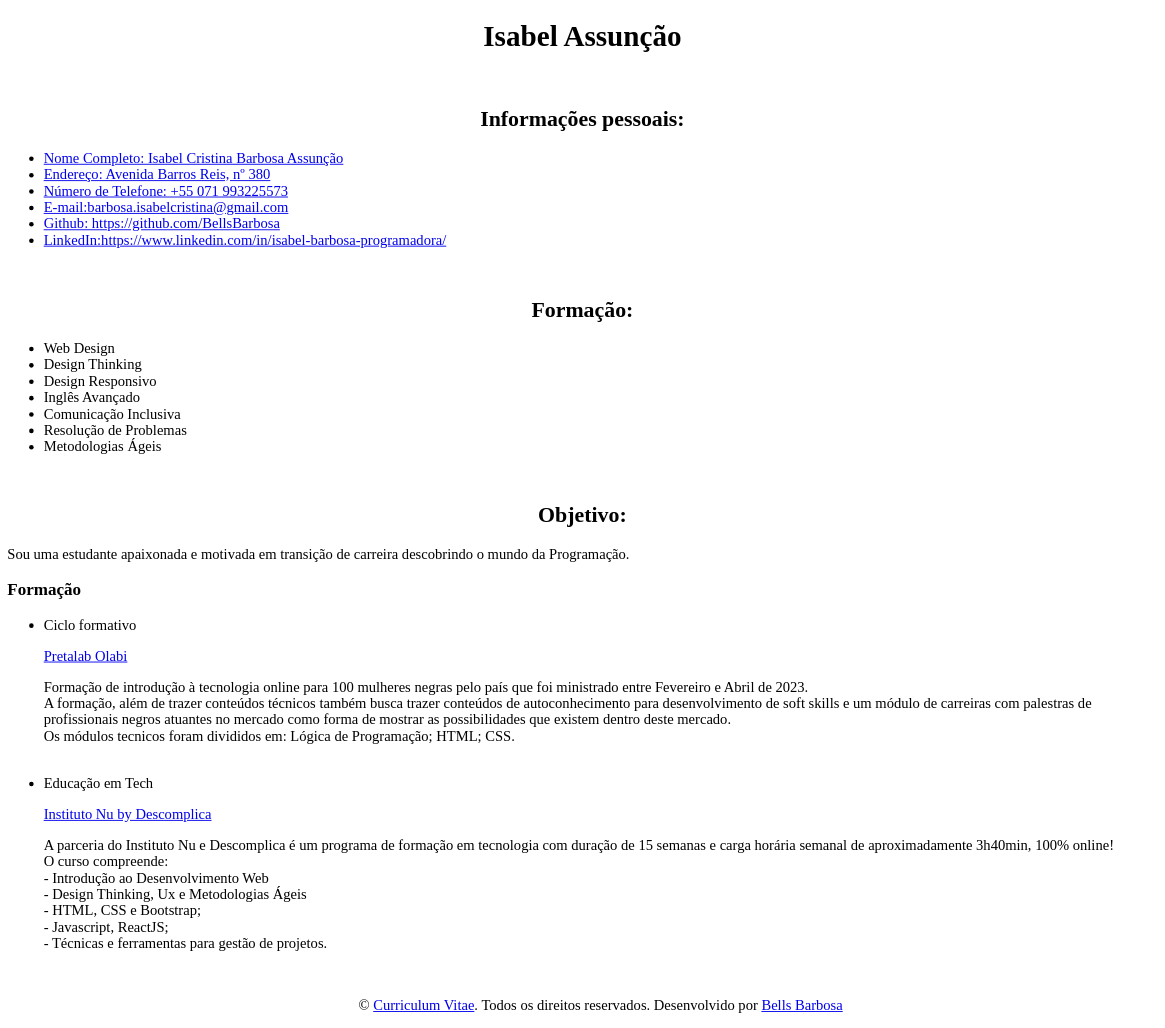
Repository: BellsBarbosa/EXERC-CIOS-ENT
Page: CV.HTML
An editor plug-in stored every save of this project. The page is shown before and after a run of saves, followed by the edit.
The browser window is 1280 px wide. The pictures show the whole page, at 91% of full size.

Above is the page before, as saved 2023-07-04 16:03:05.

After the next 2 saves:
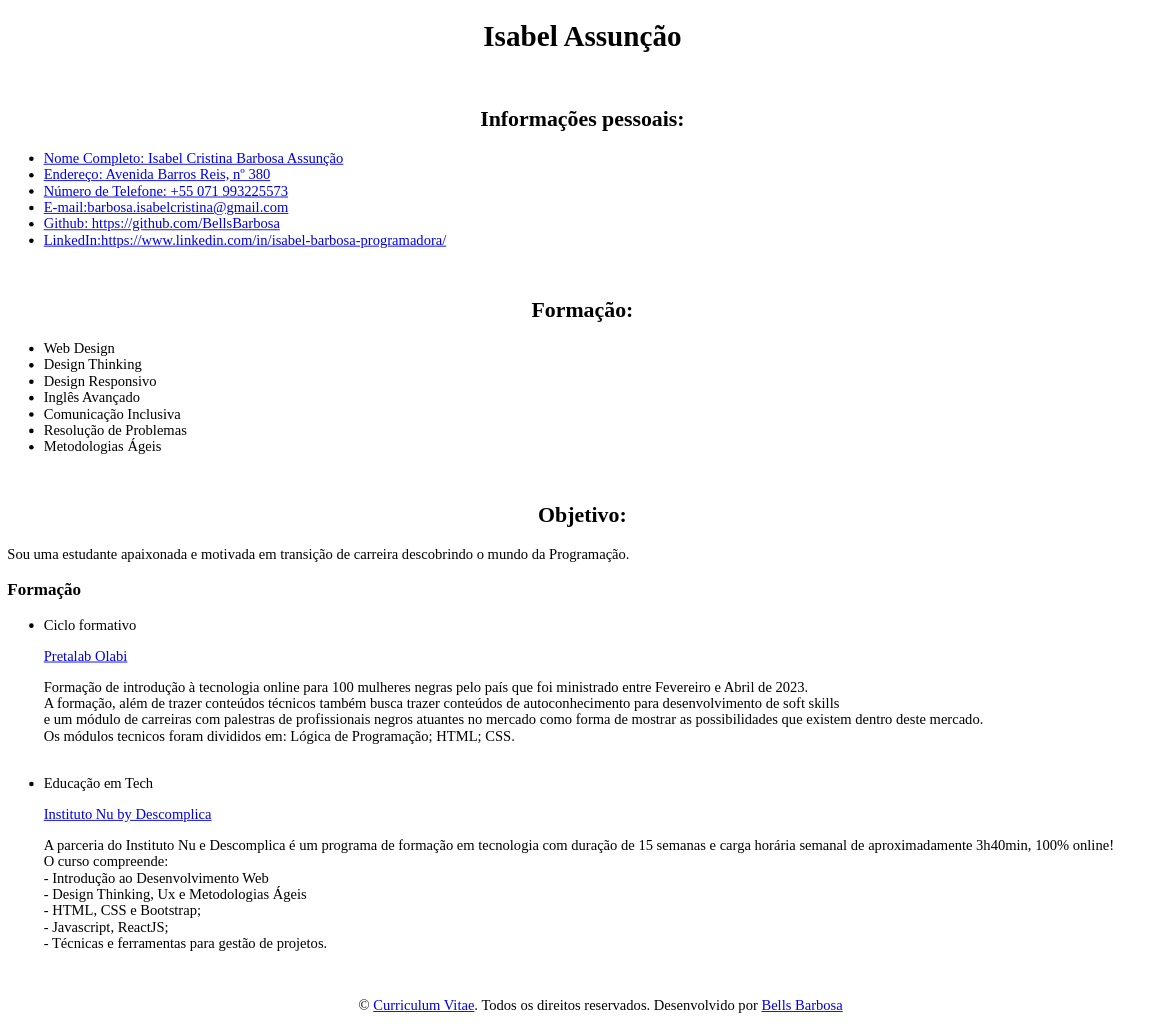
The 2 saves are shown as one change because they came seconds apart.
The last was saved 34 s later.
--- a/CV.HTML
+++ b/CV.HTML
@@ -69,7 +69,7 @@
                                     ministrado entre Fevereiro e Abril de 2023.</br> A formação, além de trazer
                                     conteúdos
                                     técnicos também busca trazer conteúdos de autoconhecimento para
-                                    desenvolvimento de soft skills e um módulo de carreiras com palestras de
+                                    desenvolvimento de soft skills <br> e um módulo de carreiras com palestras de
                                     profissionais
                                     negros atuantes no mercado como forma de mostrar as possibilidades que existem
                                     dentro

After the 4 saves that followed:
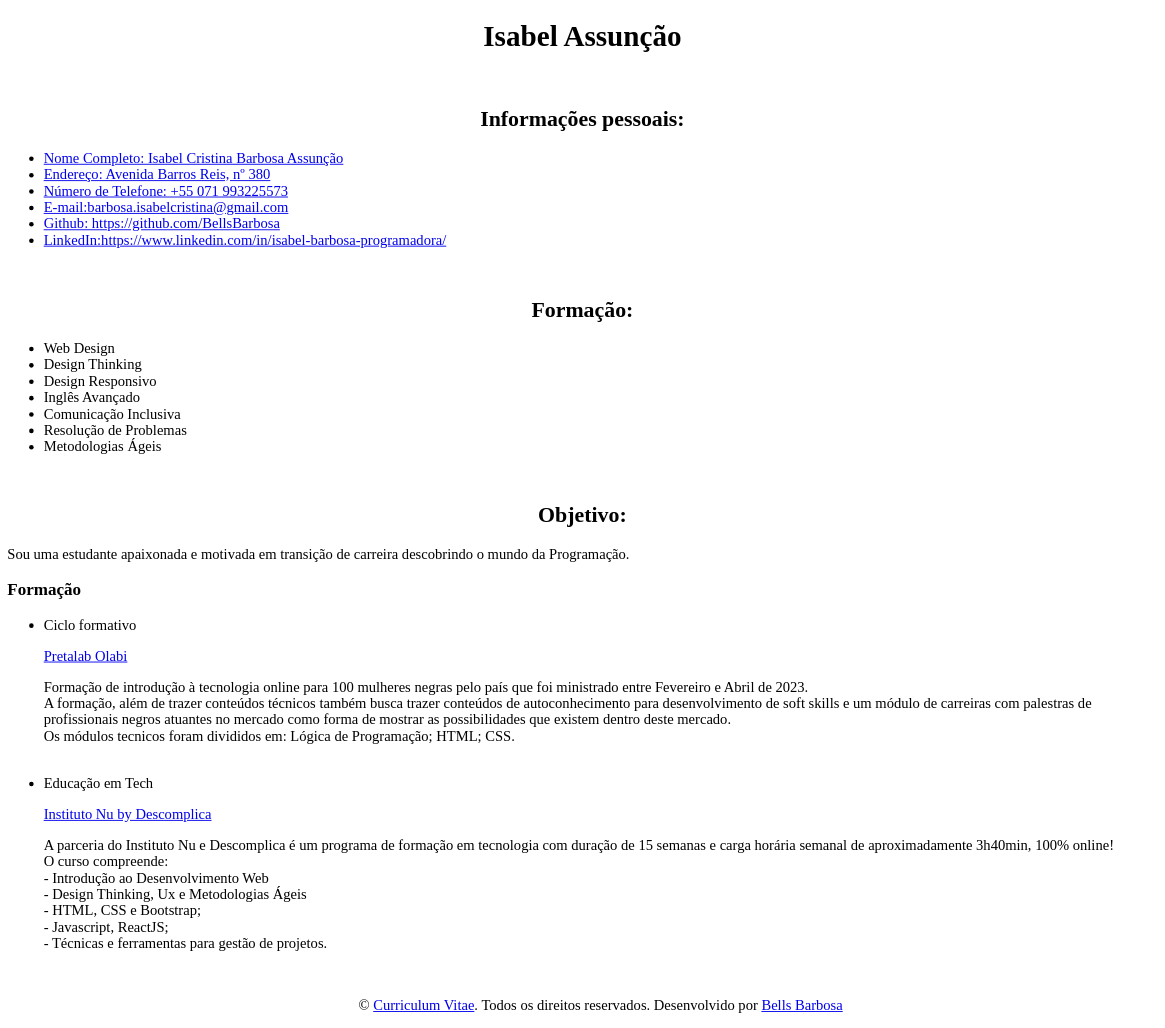
The 4 saves are shown as one change because they came seconds apart.
The last was saved 24 s later.
--- a/CV.HTML
+++ b/CV.HTML
@@ -69,7 +69,7 @@
                                     ministrado entre Fevereiro e Abril de 2023.</br> A formação, além de trazer
                                     conteúdos
                                     técnicos também busca trazer conteúdos de autoconhecimento para
-                                    desenvolvimento de soft skills <br> e um módulo de carreiras com palestras de
+                                    desenvolvimento de soft skills e um módulo de carreiras com palestras de
                                     profissionais
                                     negros atuantes no mercado como forma de mostrar as possibilidades que existem
                                     dentro
